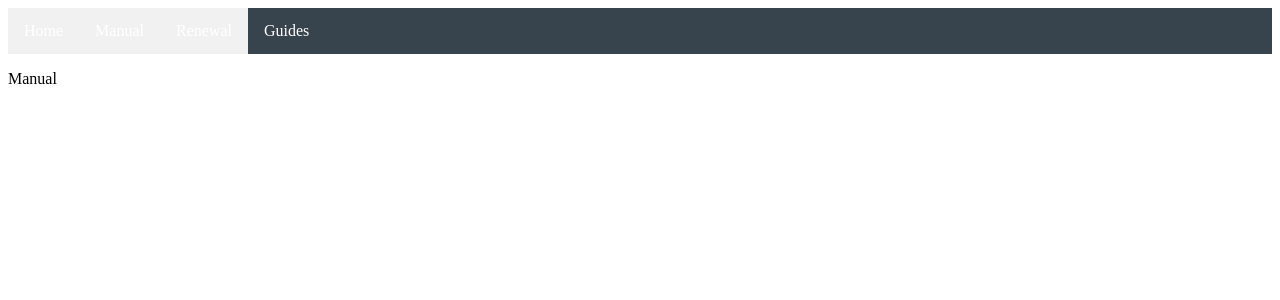
Repository: muesinga/ticketoffice-dot-info
Page: guides/manual.html
An editor plug-in stored every save of this project. The page is shown before and after a run of saves, followed by the edit.
The browser window is 1280 px wide. The pictures show the whole page.

Above is the page before, as saved 2022-06-07 14:13:30.
Console error: TypeError: Cannot read properties of null (reading 'getElementsByClassName')

### guides/manual.html
<!DOCTYPE html>
<html>
<head>
    <link rel="stylesheet" href="/style/style.css">
    <link rel="import" href="/components/nav.html">
    <script src="/src/nav.js" deferd></script>
    <script src="/src/index.js" defer></script>
</head>
<body>
    <script id="replace_with_navbar" src="index.js"></script>
<p>
    Manual
</p>

</body>
</html>

### style/style.css
  #navlink-container {
    list-style-type: none;
    margin: 0;
    padding: 0;
    overflow: hidden;
    background-color: #38444d;
  }
  .navlink {
    border: none;
    outline: none;
    padding: 14px 16px;
    background-color: #f1f1f1;
    cursor: pointer;
    text-decoration: none;
    display: block;
    color: white;
    float: left;
  }

  .active, .navlink:hover {
    background-color: #666;
    color: white;
  }

  .dropbtn {
    display: inline-block;
    color: white;
    text-align: center;
    padding: 14px 16px;
    text-decoration: none;
  }

  li a:hover, .dropdown:hover .dropbtn {
    background-color: red;
  }


  li.dropdown {
    display: inline-block;
  }

  .dropdown-content {
    display: none;
    position: absolute;
    background-color: #f9f9f9;
    min-width: 160px;
    box-shadow: 0px 8px 16px 0px rgba(0,0,0,0.2);
    z-index: 1;
  }

  .dropdown-content a {
    color: black;
    padding: 12px 16px;
    text-decoration: none;
    display: block;
    text-align: left;
  }

  .dropdown-content a:hover {background-color: #f1f1f1;}

  .dropdown:hover .dropdown-content {
    display: block;
  }
  /*  */

### src/nav.js
fetch('/components/nav.html')
.then(res => res.text())
.then(text => {
    let oldelem = document.querySelector("script#replace_with_navbar");
    let newelem = document.createElement("div");
    newelem.innerHTML = text;
    oldelem.parentNode.replaceChild(newelem,oldelem);
})

### src/index.js
var navlinkContainer = document.getElementById("navlink-container")
var navlinks = navlinkContainer.getElementsByClassName("navlink")


for (var i = 0; i < navlinks.length; i++) {
    navlinks[i].addEventListener("click", function() {
        var current = document.getElementsByClassName("active");
        current[0].className = current[0].className,replace("active", "");
        this.className += "active";
    });
}

### components/nav.html
<nav>
    <ul id="navlink-container">
        <li><a class="navlink" href="../index.html">Home</a></li>
        <li><a class="navlink" href="../guides/manual.html">Manual</a></li>
        <li><a class="navlink" href="../guides/renewal.html">Renewal</a></li>
        <li class="dropdown">
        <a href="javascript:void(0)" class="dropbtn">Guides</a>
        <div class="dropdown-content">
            <a href="#">1</a>
            <a href="#">2</a>
            <a href="#">3</a>
        </div>
        </li>
    </ul>
</nav>

After the next 2 saves:
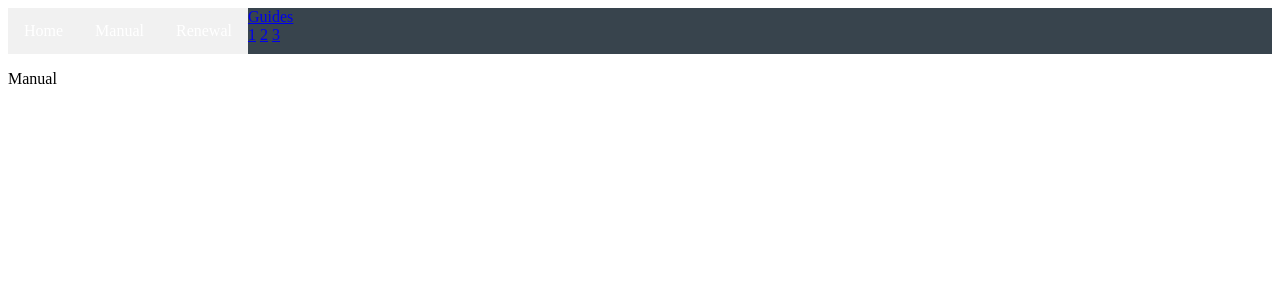
The 2 saves are shown as one change because they came seconds apart.
The last was saved 14 s later.
--- a/style/style.css
+++ b/style/style.css
@@ -17,7 +17,7 @@
     float: left;
   }
 
-  .active, .navlink:hover {
+  /* .active, .navlink:hover {
     background-color: #666;
     color: white;
   }
@@ -61,4 +61,4 @@
   .dropdown:hover .dropdown-content {
     display: block;
   }
-  /*  */
+   */

After the save that followed:
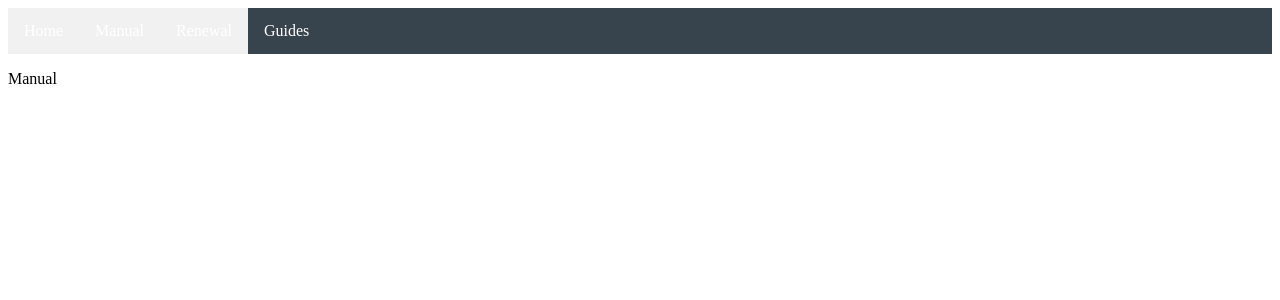
Saved 15 s later.
--- a/style/style.css
+++ b/style/style.css
@@ -17,7 +17,7 @@
     float: left;
   }
 
-  /* .active, .navlink:hover {
+  .active, .navlink:hover {
     background-color: #666;
     color: white;
   }
@@ -61,4 +61,3 @@
   .dropdown:hover .dropdown-content {
     display: block;
   }
-   */
